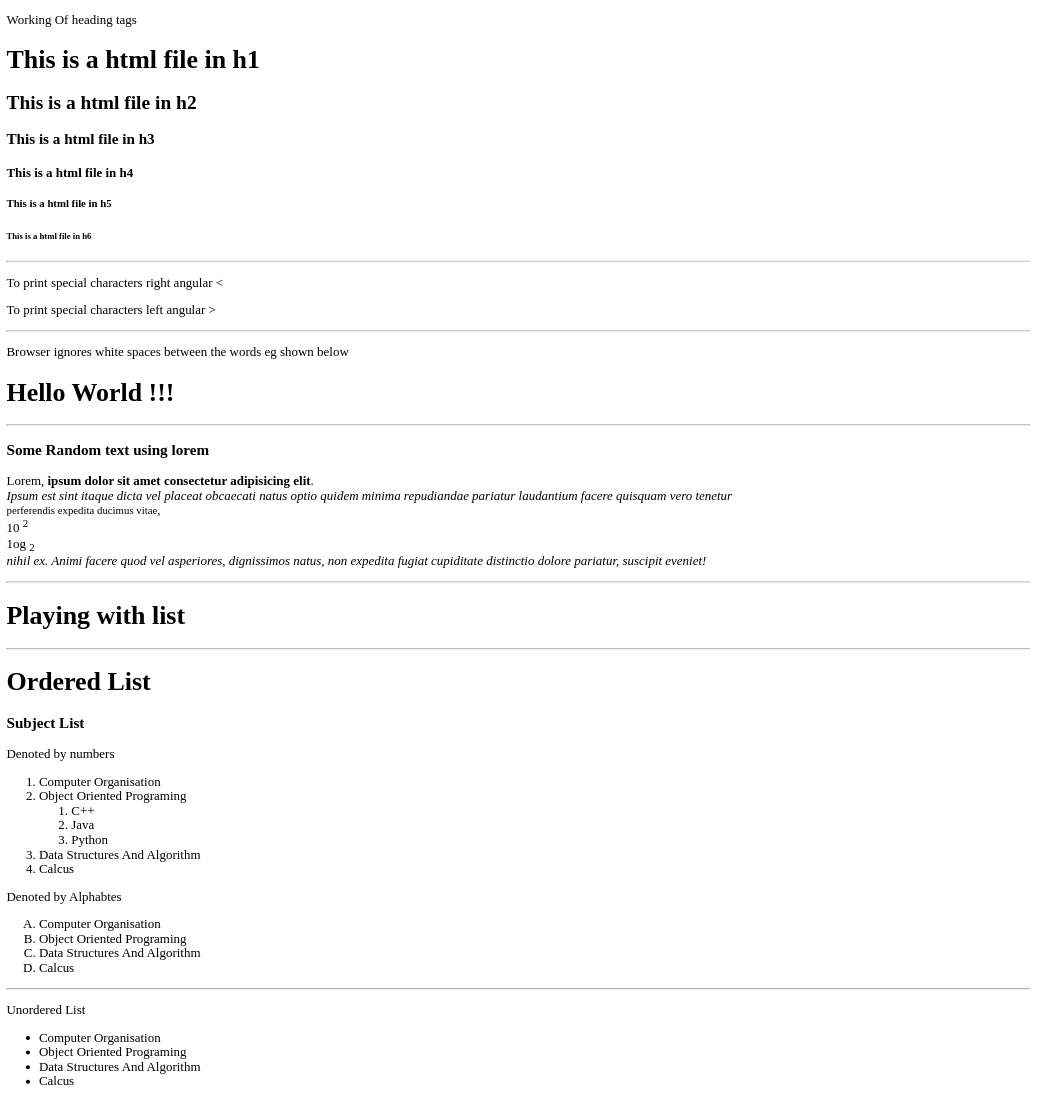
Repository: Datta2901/Basic-Html
Page: HTML.html
An editor plug-in stored every save of this project. The page is shown before and after a run of saves, followed by the edit.
The browser window is 1280 px wide. The pictures show the whole page, at 81% of full size.

Above is the page before, as saved 2021-01-11 15:52:27.

After the next 17 saves:
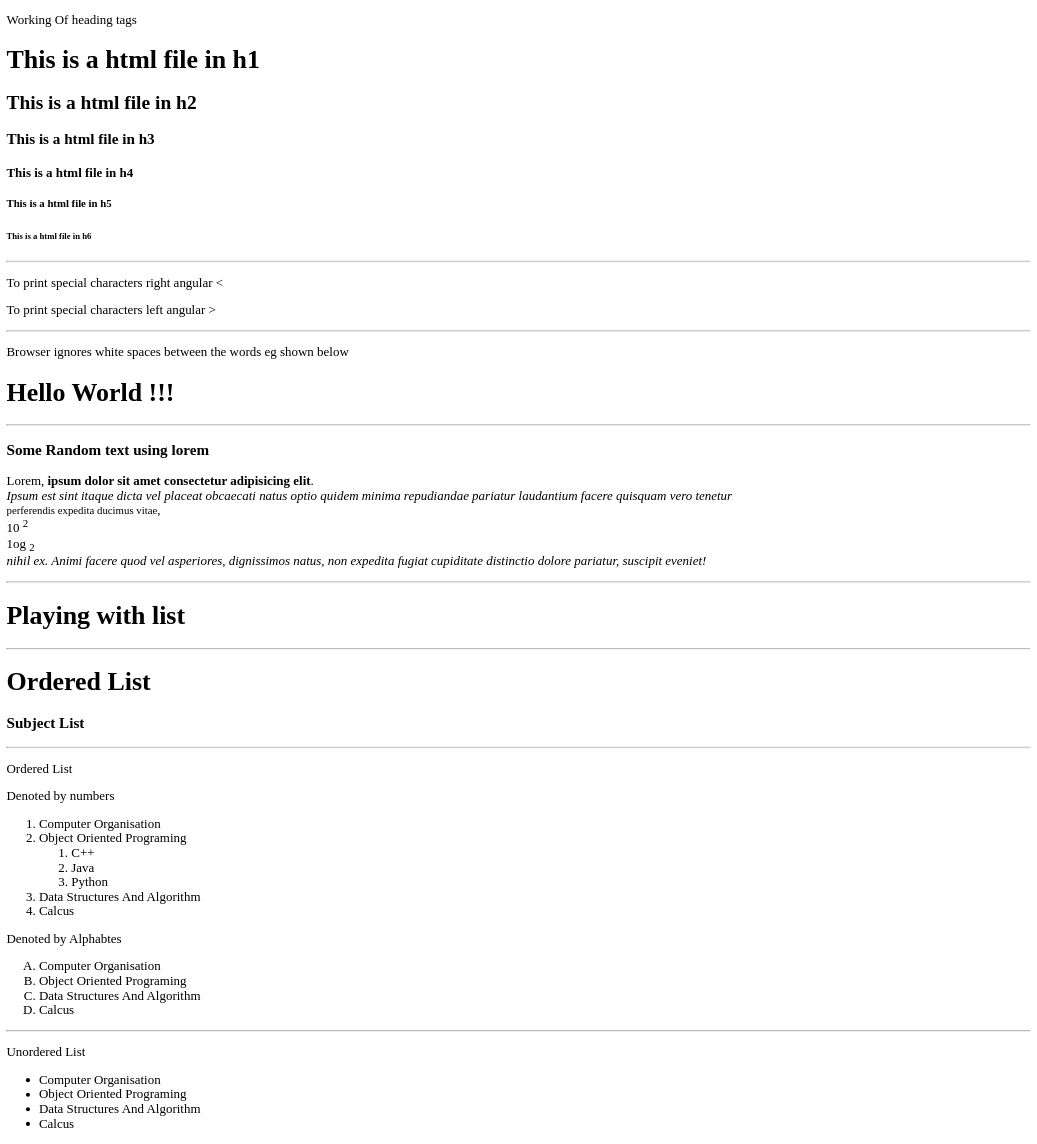
The 17 saves are shown as one change because they came seconds apart.
The last was saved 72 s later.
--- a/HTML.html
+++ b/HTML.html
@@ -37,6 +37,8 @@
         <hr>
         <h1>Ordered List</h1>
         <h3>Subject List</h3>
+        <hr>
+        <p>Ordered List</p>
         <p>Denoted by numbers</p>
         <ol>
             <li>Computer Organisation</li>

After the 4 saves that followed:
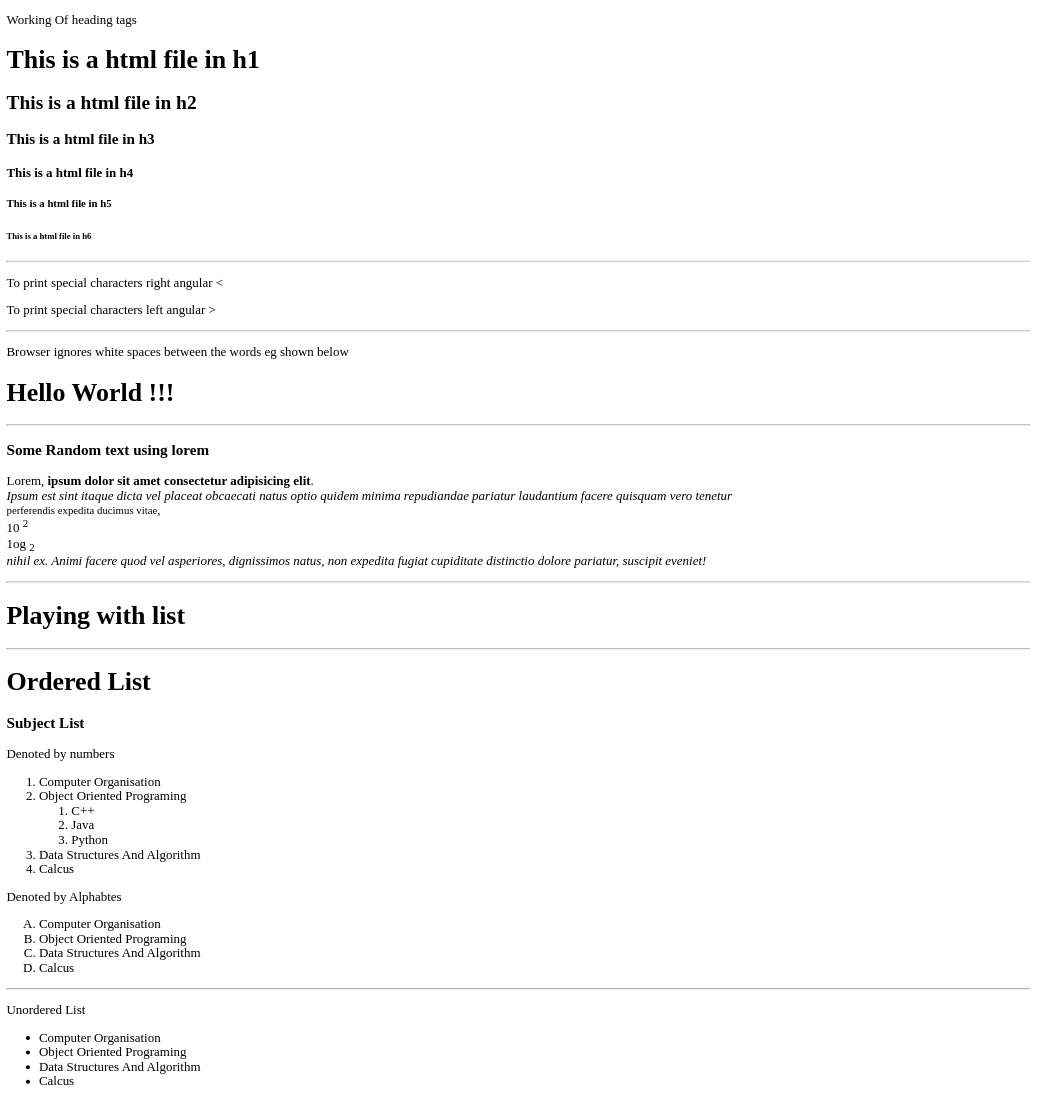
The 4 saves are shown as one change because they came seconds apart.
The last was saved 23 s later.
--- a/HTML.html
+++ b/HTML.html
@@ -37,8 +37,6 @@
         <hr>
         <h1>Ordered List</h1>
         <h3>Subject List</h3>
-        <hr>
-        <p>Ordered List</p>
         <p>Denoted by numbers</p>
         <ol>
             <li>Computer Organisation</li>
